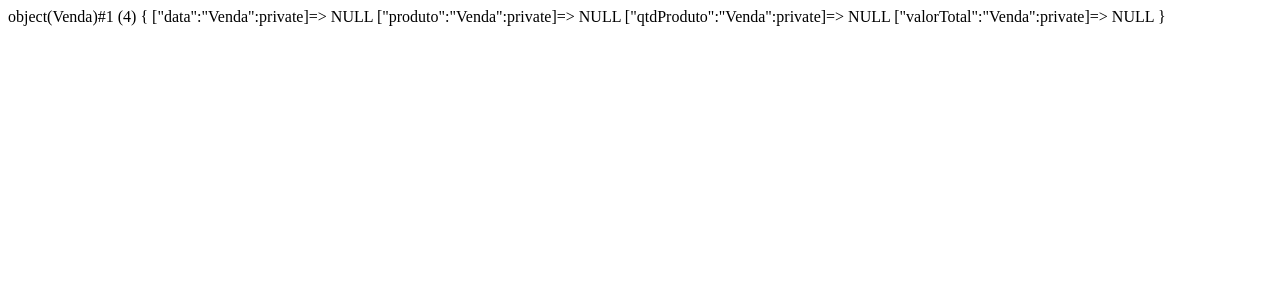
Repository: DiegoCamaraDev/exercicioPhp
Page: http://localhost/vendas.php
An editor plug-in stored every save of this project. The page is shown before and after the next save, followed by the edit.
The browser window is 1280 px wide. The pictures show the whole page.
The page is run by PHP 8.4 with error messages shown; the project is at /var/www/html/.

Above is the page before, as saved 2024-06-10 14:16:29.

### vendas.php
<?php

class Venda
{
    private $data;
    private $produto;
    private $qtdProduto;
    private $valorTotal;

    public function __contruct($data, $produto, $qtdProduto, $valorTotal)
    {
        $this->data = $data;
        $this->produto = $produto;
        $this->qtdProduto = $qtdProduto;
        $this->valorTotal = $valorTotal;
    }

    public function informacaoVenda()
    {
       return $this->produto;
    }
}

$produtoVendido = new Venda(
    '10/06/2024',
    'Livro',
    '1',
    100.00
);

var_dump($produtoVendido) ;
?>

After the next save:
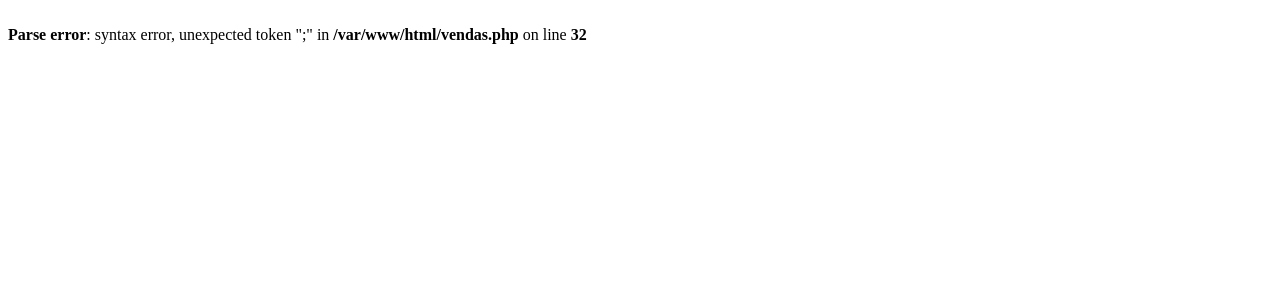
Saved 7 s later.
--- a/vendas.php
+++ b/vendas.php
@@ -28,5 +28,5 @@ $produtoVendido = new Venda(
     100.00
 );
 
-var_dump($produtoVendido) ;
+echo
 ?>
